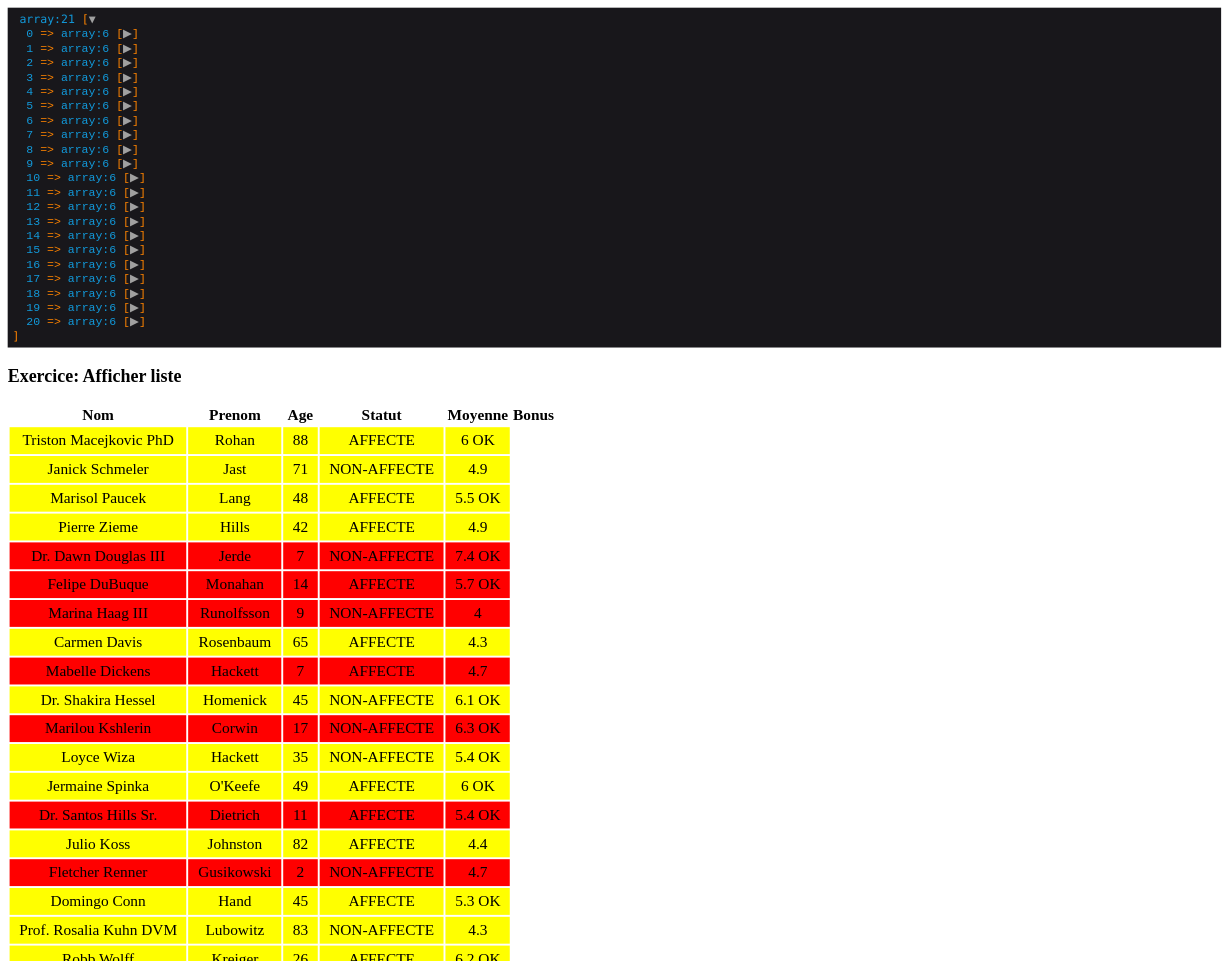
Repository: Bfabien99/PHPREPO
Page: http://localhost/
These files come from the project's save history. The page is drawn as it stood at one moment and after the next save; the edit follows.
The browser window is 1280 px wide. The pictures show the whole page, at 96% of full size.
The page is run by PHP 8.4 with error messages shown; the project is at /var/www/html/.

Above is the page before, as saved 2021-12-10 12:15:26.

### MakeFakeData/src/index.php
<?php
require_once '../vendor/autoload.php';


$faker = Faker\Factory::create();
$i = 0;
$list = [];

while($i <= 20) {

	$person = [];
	$person["nom"] = $faker->name;
	$person["prenom"] = $faker->lastName;
	$person["age"] = $faker->numberBetween($min=1,$max=99);

	$notes = [];
	$index = 0;
	$max = $faker->numberBetween($min=1,$max=10);
	while($index < $max) {
		$note = $faker->numberBetween($min=1,$max=10);
		$notes[] = $note;
		$index++;
	}

	$bonus =[];
	$ind = 0;
	$maxi = $faker->numberBetween($min=1,$max=2);
	while($ind < $maxi) {
		$plus = $faker->numberBetween($min=1,$max=10);
		$bonus[] = $plus;
		$ind++;
	}

	$person["notes"] = $notes;
	$person["bonus"] = $bonus;
	$person["statut"] = $faker->randomElement(["AFFECTE","NON-AFFECTE"]);
	$list[] = $person;
	$i++;
}
dump($list);

function admis($moy){
	return $moy>=5 ? "oui" : "non";
}

?>
<!DOCTYPE html>
<html lang="en">
<head>
    <meta charset="UTF-8">
    <meta http-equiv="X-UA-Compatible" content="IE=edge">
    <meta name="viewport" content="width=device-width, initial-scale=1.0">
    <title>Document</title>
    <style>
        thead{
            font-weight:bold;
        }

        td{
            padding:5px 10px;
            text-align:center;
        }

        tr.red{
            background-color:red;
        }
        tr.green{
            background-color: green;
        }
        tr.yellow{
            background-color:yellow;
        }
		.oui{
			display:inline;
		}
		.non{
			display:none;
		}
    </style>
</head>
<body>

<h3>Exercice: Afficher liste</h3>
<table>
	<thead>
		<tr>
			<th>Nom</th>
			<th>Prenom</th>
			<th>Age</th>
			<th>Statut</th>
			<th>Moyenne</th>
			<th>Bonus</th>
		</tr>
	</thead>
	<tbody>
		<?php
		foreach ($list as $value) {
				$nbnote = count($value["notes"]);
				$totalnote = array_sum($value["notes"]);
				$moy = $totalnote / $nbnote;
				$moyG = $nbnote/2 ;
				$age = $value["age"];
				switch ($age) {
					case $age > 0 && $age < 18 :
			?>
			<tr class="red">
				<td><?= $value["nom"] ?></td>
                <td><?=$value["prenom"]?></td>
                <td><?= $value["age"] ?></td>
                <td><?= $value["statut"] ?></td>
				<td><?= $moy ?> <span class="<?= admis($moy) ?>" > OK </span> </td>
            </tr>
			<?php break;
				case ($age > 18 && $age < 25):
			?>
			<tr class="green">
				<td><?= $value["nom"] ?></td>
                <td><?=$value["prenom"]?></td>
                <td><?= $value["age"] ?></td>
                <td><?= $value["statut"] ?></td>
				<td><?= $moy ?> <span class="<?= admis($moy) ?>" > OK </span> </td>
            </tr>
			<?php break;
				case ($age > 25):
			?>
			<tr class="yellow">
				<td><?= $value["nom"] ?></td>
                <td><?=$value["prenom"]?></td>
                <td><?= $value["age"] ?></td>
                <td><?= $value["statut"] ?></td>
				<td><?= $moy ?> <span class="<?= admis($moy) ?>" > OK </span> </td>
            </tr>
			<?php
			break;}
			?>
		<?php } ?>
	</tbody>


    <?php
        //
    ?>
</table>
</body>
</html>

After the next save:
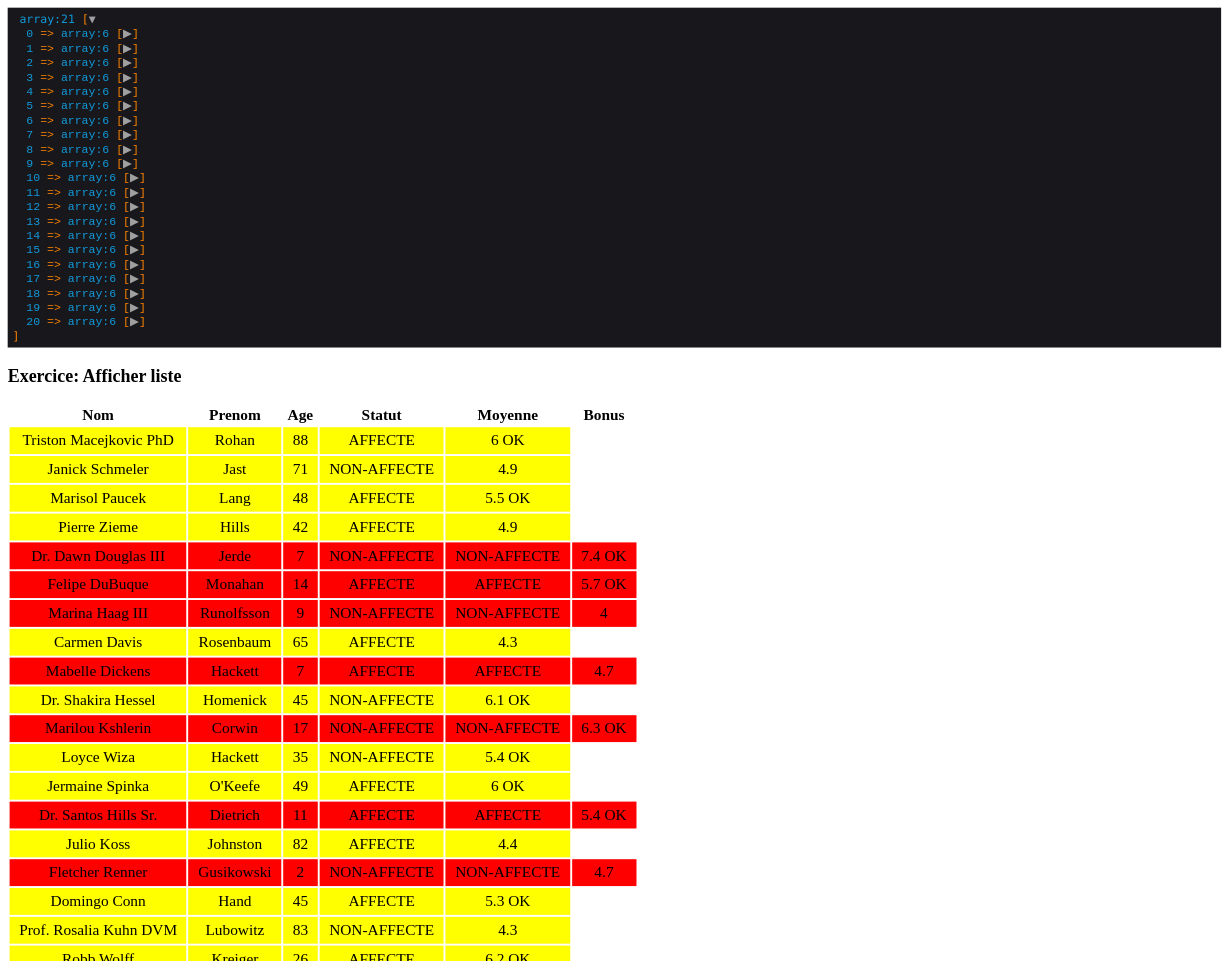
Saved 16 s later.
--- a/MakeFakeData/src/index.php
+++ b/MakeFakeData/src/index.php
@@ -108,6 +108,7 @@
                 <td><?=$value["prenom"]?></td>
                 <td><?= $value["age"] ?></td>
                 <td><?= $value["statut"] ?></td>
+				<td><?= $value["statut"] ?></td>
 				<td><?= $moy ?> <span class="<?= admis($moy) ?>" > OK </span> </td>
             </tr>
 			<?php break;

After the save that followed:
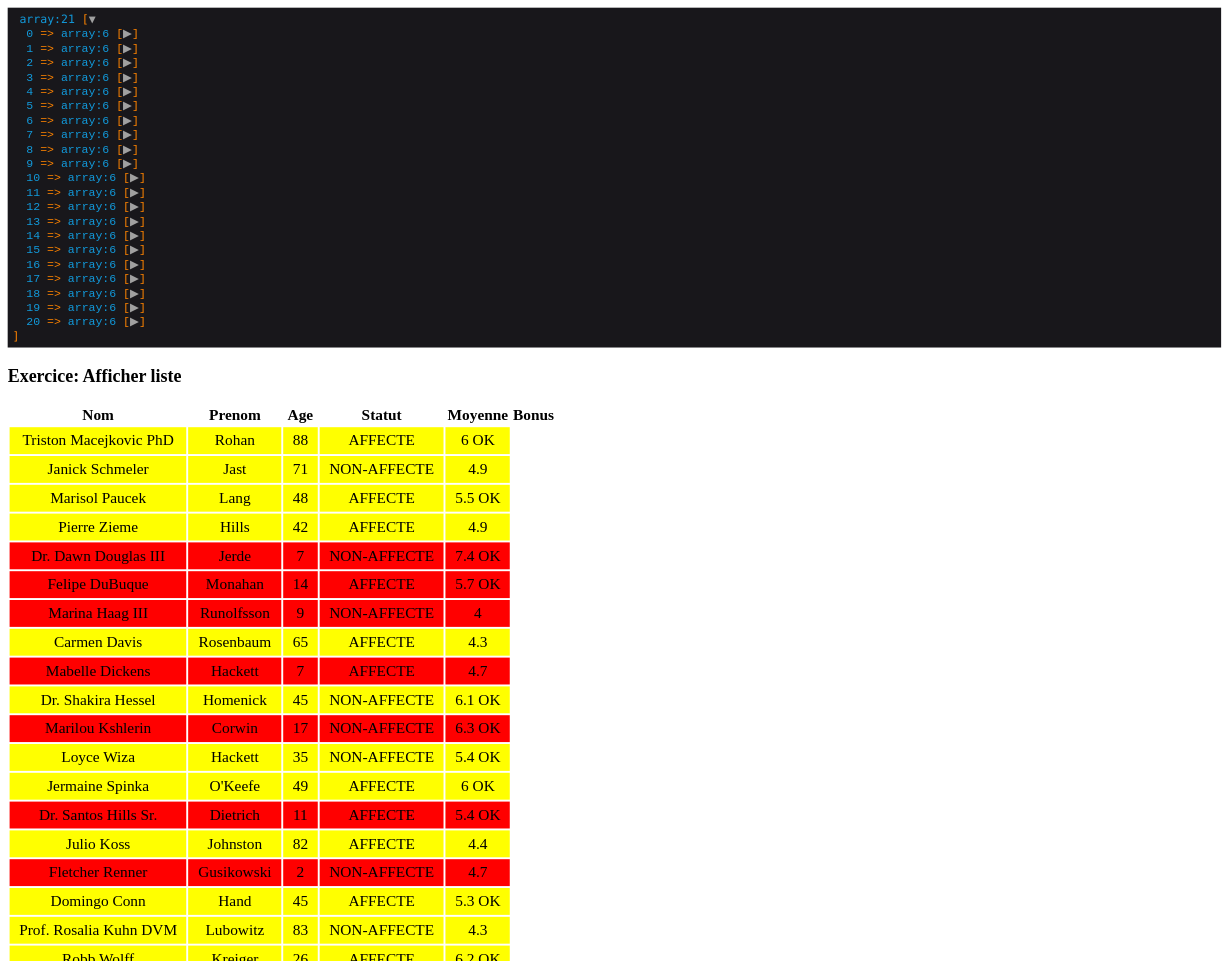
Saved 12 s later.
--- a/MakeFakeData/src/index.php
+++ b/MakeFakeData/src/index.php
@@ -108,7 +108,6 @@
                 <td><?=$value["prenom"]?></td>
                 <td><?= $value["age"] ?></td>
                 <td><?= $value["statut"] ?></td>
-				<td><?= $value["statut"] ?></td>
 				<td><?= $moy ?> <span class="<?= admis($moy) ?>" > OK </span> </td>
             </tr>
 			<?php break;
